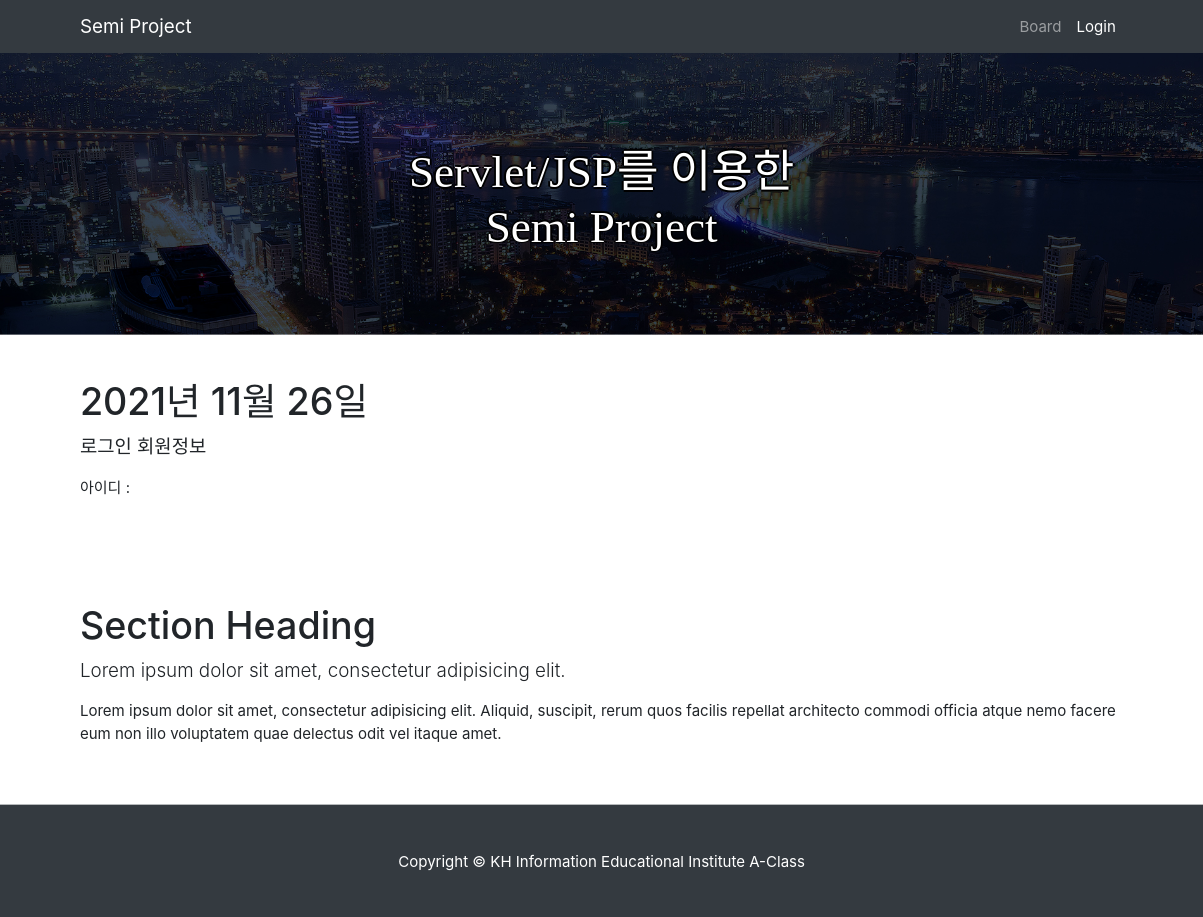
Repository: Seenee-Shin/servlet-jsp
Page: http://localhost/semi/main
An editor plug-in stored every save of this project. The page is shown before and after the next save, followed by the edit.
The browser window is 1280 px wide. The pictures show the whole page, at 94% of full size.
Some web fonts or font styles are not loaded; a fallback is used. The page is served by Tomcat 9.

Above is the page before, as saved 2021-12-03 02:13:09.
Console error: TypeError: Cannot read properties of null (reading 'addEventListener')

After the next save:
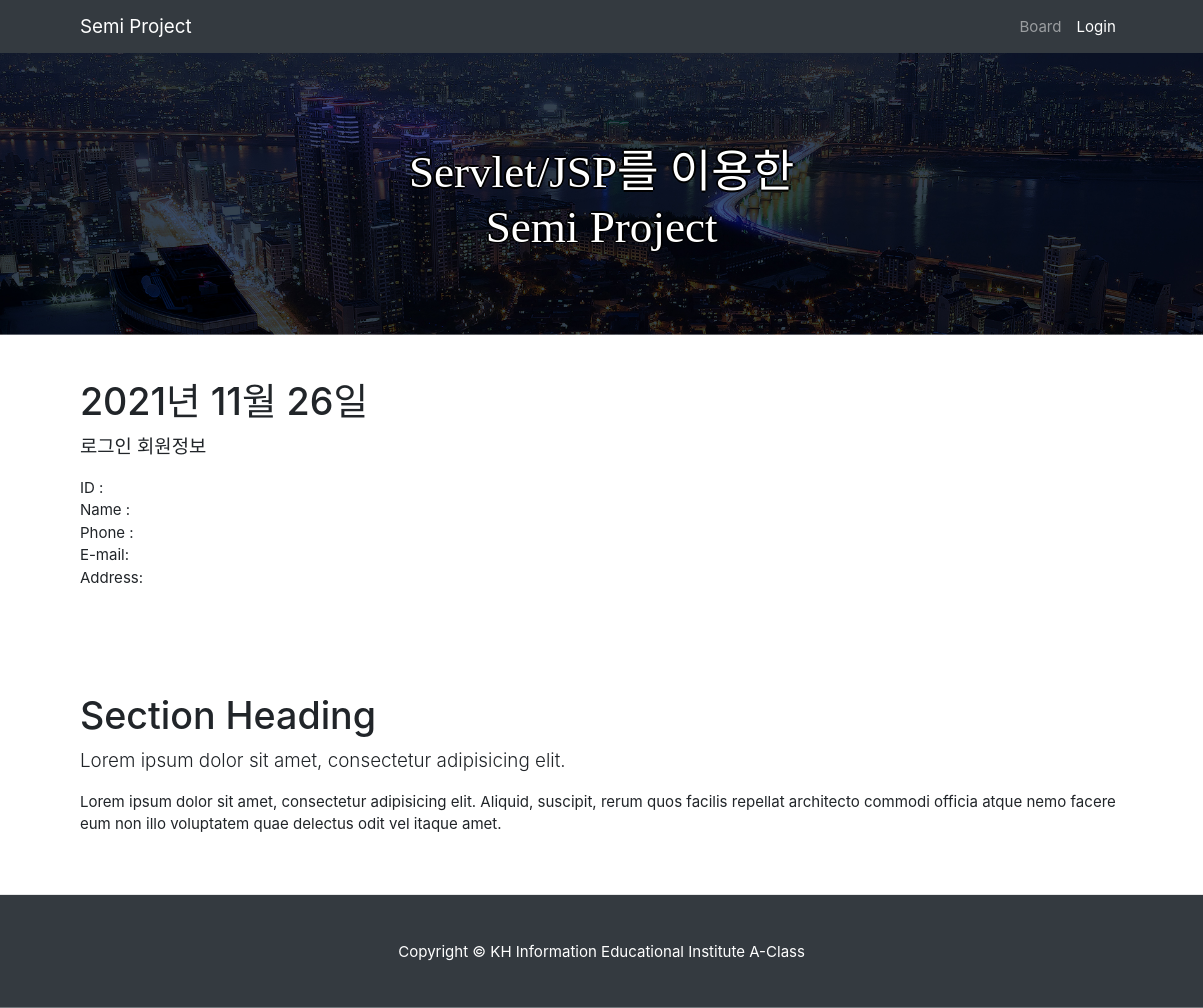
Saved 110 s later.
--- a/semi/src/main/webapp/WEB-INF/views/common/main.jsp
+++ b/semi/src/main/webapp/WEB-INF/views/common/main.jsp
@@ -14,7 +14,11 @@
 	    <h1>${today}</h1>
 	    <p class="lead">로그인 회원정보</p>
 	  	<p>
-	  		아이디 : ${sessionScope.loginMember.memberid}
+	  		ID : ${loginMember.memberId} <br>
+	  		Name : ${loginMember.memberName} <br>
+	  		Phone : ${loginMember.memberPhone} <br>
+	  		E-mail: ${loginMember.memberEmail} <br>
+	  		Address: ${loginMember.memberAdderess} <br>
 
 	  	</p>
 	  </div>
